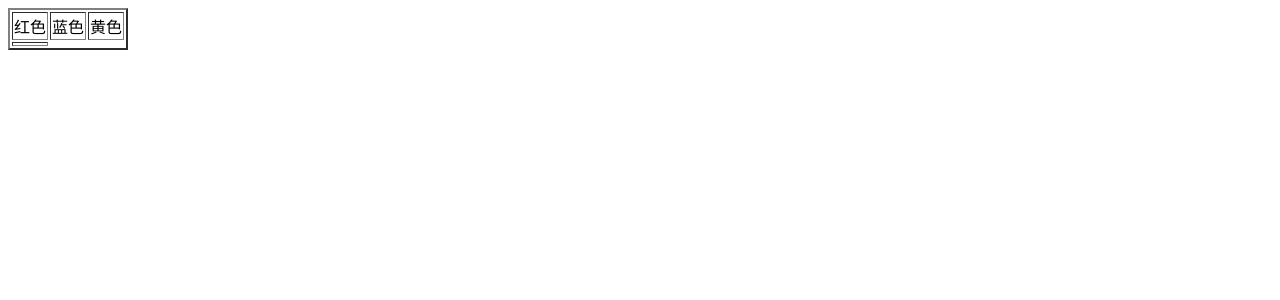
Repository: Yeyuehuke/Webstudy-Feidian
Page: 01-HTMLlearning/02-HTMLBasics/11-Tables.html
An editor plug-in stored every save of this project. The page is shown before and after a run of saves, followed by the edit.
The browser window is 1280 px wide. The pictures show the whole page.

Above is the page before, as saved 2020-05-17 15:07:06.

After the next 5 saves:
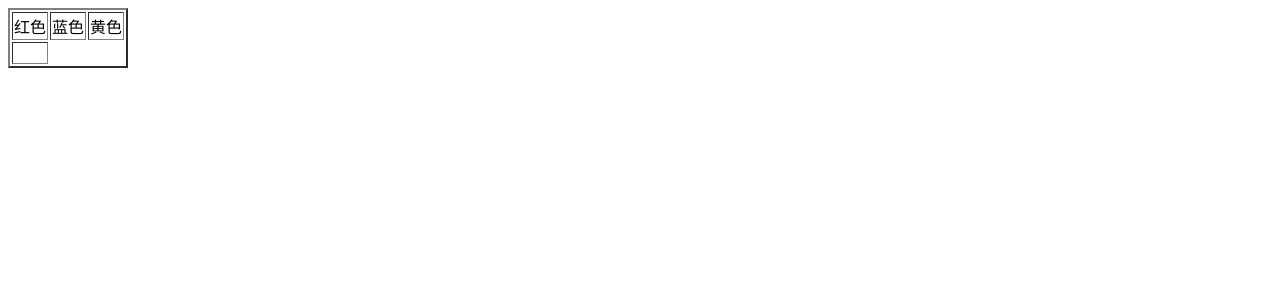
The 5 saves are shown as one change because they came seconds apart.
The last was saved 18 s later.
--- a/01-HTMLlearning/02-HTMLBasics/11-Tables.html
+++ b/01-HTMLlearning/02-HTMLBasics/11-Tables.html
@@ -10,7 +10,7 @@
                 <td>黄色</td>
             </tr>
             <tr>
-                <td
+                <td><br/></td>
             </tr>
         </table>
     </body>
